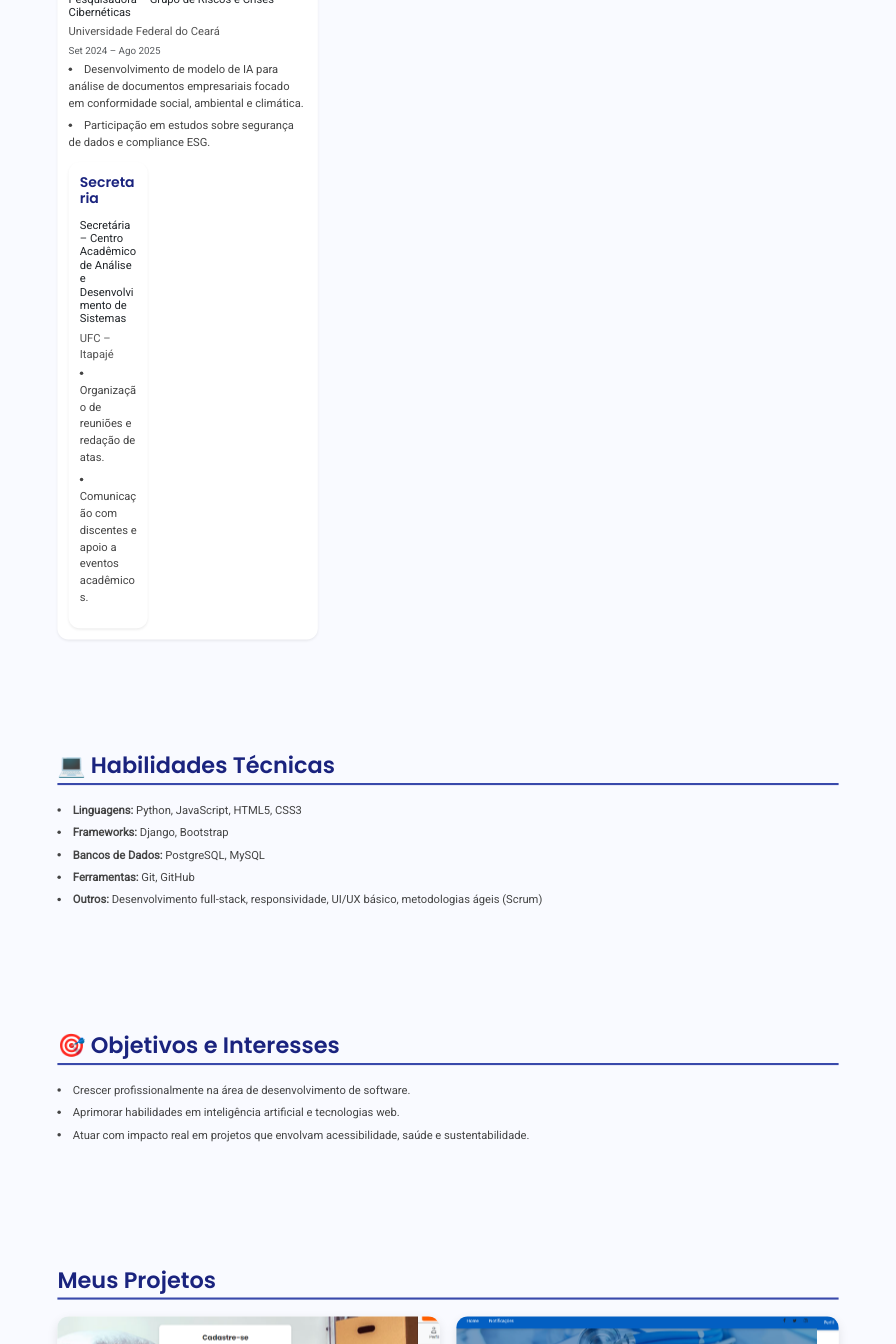
Repository: Suziane90/Portifolio
Page: index2.html
These files come from the project's save history. The page is drawn as it stood at one moment and after a run of saves; the edit follows.
The browser window is 1280 px wide. The pictures show the part of the page from y = 1082 to 3002 px (the page is 3854 px tall before and 3949 px after), at 70% of full size.

Above is the page before, as saved 2025-07-24 11:08:52.

### index2.html
<!DOCTYPE html>
<html lang="pt-br">

<head>
  <meta charset="UTF-8" />
  <meta name="viewport" content="width=device-width, initial-scale=1" />
  <title>Portfólio | Anne Wan</title>

  <!-- Bootstrap CSS -->
  <link href="https://cdn.jsdelivr.net/npm/bootstrap@5.3.0/dist/css/bootstrap.min.css" rel="stylesheet" />

  <!-- Google Fonts: Poppins e Roboto -->
  <link href="https://fonts.googleapis.com/css2?family=Poppins:wght@300;600&family=Roboto&display=swap" rel="stylesheet" />

  <style>
    /* Reset e fontes */
    body {
      font-family: 'Roboto', sans-serif;
      background: #f9faff;
      scroll-behavior: smooth;
      color: #333;
    }

    h1,
    h2,
    h3,
    h4,
    h5 {
      font-family: 'Poppins', sans-serif;
    }

    /* Navbar personalizada */
    .navbar-custom {
      background: #1a237e; /* azul escuro */
      box-shadow: 0 4px 12px rgb(26 35 126 / 0.3);
    }

    .navbar-custom .navbar-brand,
    .navbar-custom .nav-link {
      color: #ffffff;
      font-weight: 600;
    }

    .navbar-custom .nav-link:hover {
      color: #ffca28; /* amarelo suave */
    }

    /* Header */
    header {
      background: linear-gradient(135deg, #3949ab, #1a237e);
      color: #fff;
      padding: 6rem 1rem 4rem;
      text-align: center;
      box-shadow: 0 8px 25px rgb(26 35 126 / 0.4);
    }

    header h1 {
      font-size: 3.5rem;
      font-weight: 700;
      margin-bottom: 0.3rem;
    }

    header p {
      font-size: 1.25rem;
      font-weight: 400;
      letter-spacing: 1px;
      opacity: 0.85;
    }

    /* Seções */
    section {
      padding: 3rem 0 4rem;
    }

    section h2 {
      font-weight: 700;
      margin-bottom: 1.5rem;
      border-bottom: 3px solid #3949ab;
      padding-bottom: 0.4rem;
      color: #1a237e;
    }

    /* Cards dos projetos */
    .card {
      border-radius: 1rem;
      box-shadow: 0 6px 15px rgb(0 0 0 / 0.1);
      transition: transform 0.3s ease, box-shadow 0.3s ease;
      overflow: hidden;
    }

    .card:hover {
      transform: translateY(-10px);
      box-shadow: 0 15px 30px rgb(0 0 0 / 0.15);
    }

    .card-body h5 {
      font-weight: 700;
      color: #1a237e;
    }

    .card-body p {
      color: #555;
      line-height: 1.4;
    }

    .btn-primary {
      background-color: #3949ab;
      border: none;
      font-weight: 600;
      padding: 0.5rem 1.6rem;
      border-radius: 50px;
      transition: background-color 0.3s ease;
    }

    .btn-primary:hover {
      background-color: #1a237e;
    }

    /* Carousel */
    .carousel-inner img {
      border-bottom-left-radius: 1rem;
      border-bottom-right-radius: 1rem;
      height: 250px;
      object-fit: cover;
      user-select: none;
    }

    /* Listas e textos */
    ul {
      list-style: disc inside;
      padding-left: 0;
      color: #444;
    }

    ul li {
      margin-bottom: 0.5rem;
      font-size: 1rem;
    }

    /* Footer */
    footer {
      background-color: #1a237e;
      color: #eee;
      padding: 1rem 0;
      text-align: center;
      font-size: 0.9rem;
      letter-spacing: 1px;
    }

    /* Espaçamento entre seções no mobile */
    @media (max-width: 767px) {
      header h1 {
        font-size: 2.5rem;
      }

      header p {
        font-size: 1rem;
      }

      .carousel-inner img {
        height: 200px;
      }
    }
  </style>
</head>

<body>

  <!-- Navbar -->
  <nav class="navbar navbar-expand-md navbar-custom fixed-top shadow-sm">
    <div class="container">
      <a class="navbar-brand" href="#">Anne Wan</a>
      <button class="navbar-toggler" type="button" data-bs-toggle="collapse" data-bs-target="#navMenu" aria-controls="navMenu"
        aria-expanded="false" aria-label="Alternar navegação">
        <span class="navbar-toggler-icon" style="filter: invert(1);"></span>
      </button>
      <div class="collapse navbar-collapse" id="navMenu">
        <ul class="navbar-nav ms-auto gap-3">
          <li class="nav-item"><a class="nav-link" href="#sobre">Sobre</a></li>
          <li class="nav-item"><a class="nav-link" href="#experiencia">Experiência</a></li>
          <li class="nav-item"><a class="nav-link" href="#habilidades">Habilidades</a></li>
          <li class="nav-item"><a class="nav-link" href="#objetivos">Objetivos</a></li>
          <li class="nav-item"><a class="nav-link" href="#projetos">Projetos</a></li>
          <li class="nav-item"><a class="nav-link" href="#contato">Contato</a></li>
        </ul>
      </div>
    </div>
  </nav>

  <!-- Header -->
  <header>
    <div class="container">
      <h1>Anne Wan</h1>
      <p>Desenvolvedora Web | Estudante de ADS</p>
    </div>
  </header>

  <main class="container my-5">

    <!-- Sobre Mim -->
    <section id="sobre" class="mb-5">
      <h2>Sobre Mim</h2>
      <p>
        Sou estudante de Análise e Desenvolvimento de Sistemas, dedicada e sempre em busca de aprimoramento contínuo. Tenho uma forte base em desenvolvimento web full-stack, e gosto de encarar desafios com seriedade e criatividade.
      </p>
    </section>

    <!-- Experiência & Formação -->
    <section id="experiencia" class="mb-5">
      <h2>Experiência & Formação</h2>

      <div class="mb-4">
        <h5><strong>Suziane Brandão Andrade</strong></h5>
        <p>📍 Itapajé – CE | 📧 <a href="mailto:suzianebrandao980@gmail.com" class="link-primary">suzianebrandao980@gmail.com</a> | 📞 (85) 99422-3336</p>
      </div>

      <div class="col-md-4">
      <div class="card shadow-sm h-100 border-0">
        <div class="card-body">
          <h5 class="card-title fw-bold">🎓 Formação Acadêmica</h5>
          <p class="card-text mb-0"><strong>Tecnologia em Análise e Desenvolvimento de Sistemas</strong></p>
          <p class="card-text mb-0">Universidade Federal do Ceará – Campus Itapajé</p>
          <p class="card-text"><small class="text-muted">Período: Em andamento</small></p>
        </div>
      </div>
    </div>

          <!-- Experiência -->
    <div class="col-md-4">
      <div class="card shadow-sm h-100 border-0">
        <div class="card-body">
          <h5 class="card-title fw-bold">🧪 Experiência em Projetos e Pesquisa</h5>

          <h6 class="mt-2">Pesquisadora – Grupo de Riscos e Crises Cibernéticas</h6>
          <p class="mb-1">Universidade Federal do Ceará</p>
          <p class="mb-1"><small class="text-muted">Set 2024 – Ago 2025</small></p>
          <ul>
            <li>Desenvolvimento de modelo de IA para análise de documentos empresariais focado em conformidade social, ambiental e climática.</li>
            <li>Participação em estudos sobre segurança de dados e compliance ESG.</li>
          </ul>


           <div class="col-md-4">
      <div class="card shadow-sm h-100 border-0">
        <div class="card-body">
          <h5 class="card-title fw-bold">Secretaria </h5>

           <h6 class="mt-3">Secretária – Centro Acadêmico de Análise e Desenvolvimento de Sistemas</h6>
          <p class="mb-1">UFC – Itapajé</p>
          <ul>
            <li>Organização de reuniões e redação de atas.</li>
            <li>Comunicação com discentes e apoio a eventos acadêmicos.</li>
          </ul>


    </section>

    <!-- Habilidades Técnicas -->
    <section id="habilidades" class="mb-5">
      <h2>💻 Habilidades Técnicas</h2>
      <ul>
        <li><strong>Linguagens:</strong> Python, JavaScript, HTML5, CSS3</li>
        <li><strong>Frameworks:</strong> Django, Bootstrap</li>
        <li><strong>Bancos de Dados:</strong> PostgreSQL, MySQL</li>
        <li><strong>Ferramentas:</strong> Git, GitHub</li>
        <li><strong>Outros:</strong> Desenvolvimento full-stack, responsividade, UI/UX básico, metodologias ágeis (Scrum)</li>
      </ul>
    </section>

    <!-- Objetivos e Interesses -->
    <section id="objetivos" class="mb-5">
      <h2>🎯 Objetivos e Interesses</h2>
      <ul>
        <li>Crescer profissionalmente na área de desenvolvimento de software.</li>
        <li>Aprimorar habilidades em inteligência artificial e tecnologias web.</li>
        <li>Atuar com impacto real em projetos que envolvam acessibilidade, saúde e sustentabilidade.</li>
      </ul>
    </section>

    <!-- Projetos -->
    <section id="projetos" class="mb-5">
      <h2>Meus Projetos</h2>

      <div class="row gy-4">

        <!-- Projeto InovaHabitat -->
        <div class="col-md-6">
          <div class="card h-100 border-0">
            <div id="carouselInova" class="carousel slide rounded-top" data-bs-ride="carousel">
              <div class="carousel-inner">
                <div class="carousel-item active">
                  <img src="assets/Inova3.png" class="d-block w-100" alt="InovaHabitat imagem 1" />
                </div>
                <div class="carousel-item">
                  <img src="assets/inova2.png" class="d-block w-100" alt="InovaHabitat imagem 2" />
                </div>
                <div class="carousel-item">
                  <img src="assets/Inova6.png" class="d-block w-100" alt="InovaHabitat imagem 3" />
                </div>
              </div>
              <button
                class="carousel-control-prev"
                type="button"
                data-bs-target="#carouselInova"
                data-bs-slide="prev"
              >
                <span class="carousel-control-prev-icon" aria-hidden="true"></span>
                <span class="visually-hidden">Anterior</span>
              </button>
              <button
                class="carousel-control-next"
                type="button"
                data-bs-target="#carouselInova"
                data-bs-slide="next"
              >
                <span class="carousel-control-next-icon" aria-hidden="true"></span>
                <span class="visually-hidden">Próximo</span>
              </button>
            </div>
            <div class="card-body">
              <h5 class="card-title">📦 Projeto InovaHabitat</h5>
              <p class="card-text">
                Plataforma de anúncios para universitários. Funcionalidades de login, cadastro, CRUD de produtos e mais.
              </p>
              <a href="https://github.com/seuusuario/inova-habitat" target="_blank" class="btn btn-primary"
                >Ver no GitHub</a
              >
            </div>
          </div>
        </div>

        <!-- Projeto AgendMed -->
        <div class="col-md-6">
          <div class="card h-100 border-0">
            <div id="carouselAgendMed" class="carousel slide rounded-top" data-bs-ride="carousel">
              <div class="carousel-inner">
                <div class="carousel-item active">
                  <img src="assets/Agend2.png" class="d-block w-100" alt="AgendMed imagem 1" />
                </div>
                <div class="carousel-item">
                  <img src="assets/Agend3.png" class="d-block w-100" alt="AgendMed imagem 2" />
                </div>
                <div class="carousel-item">
                  <img src="assets/Agend4.png" class="d-block w-100" alt="AgendMed imagem 3" />
                </div>
              </div>
              <button
                class="carousel-control-prev"
                type="button"
                data-bs-target="#carouselAgendMed"
                data-bs-slide="prev"
              >
                <span class="carousel-control-prev-icon" aria-hidden="true"></span>
                <span class="visually-hidden">Anterior</span>
              </button>
              <button
                class="carousel-control-next"
                type="button"
                data-bs-target="#carouselAgendMed"
                data-bs-slide="next"
              >
                <span class="carousel-control-next-icon" aria-hidden="true"></span>
                <span class="visually-hidden">Próximo</span>
              </button>
            </div>
            <div class="card-body">
              <h5 class="card-title">📅 AgendMed</h5>
              <p class="card-text">
                Sistema para agendamento médico online, com controle de pacientes, consultas e notificações.
              </p>
              <a href="https://github.com/seuusuario/agendmed" target="_blank" class="btn btn-primary"
                >Ver no GitHub</a
              >
            </div>
          </div>
        </div>

      </div>
    </section>

    <!-- Contato -->
    <section id="contato" class="mb-5">
      <h2>Contato</h2>
      <p>Email: <a href="mailto:annewan@email.com" class="link-primary">annewan@email.com</a></p>
      <p>
        <a href="https://github.com/seuusuario" target="_blank" class="me-3 link-primary">GitHub</a>
        <a href="https://linkedin.com/in/seulinkedin" target="_blank" class="link-primary">LinkedIn</a>
      </p>
    </section>

  </main>

  <footer>
    <small>© 2025 Anne Wan</small>
  </footer>

  <!-- Bootstrap JS Bundle -->
  <script src="https://cdn.jsdelivr.net/npm/bootstrap@5.3.0/dist/js/bootstrap.bundle.min.js"></script>

</body>

</html>

After the next 2 saves:
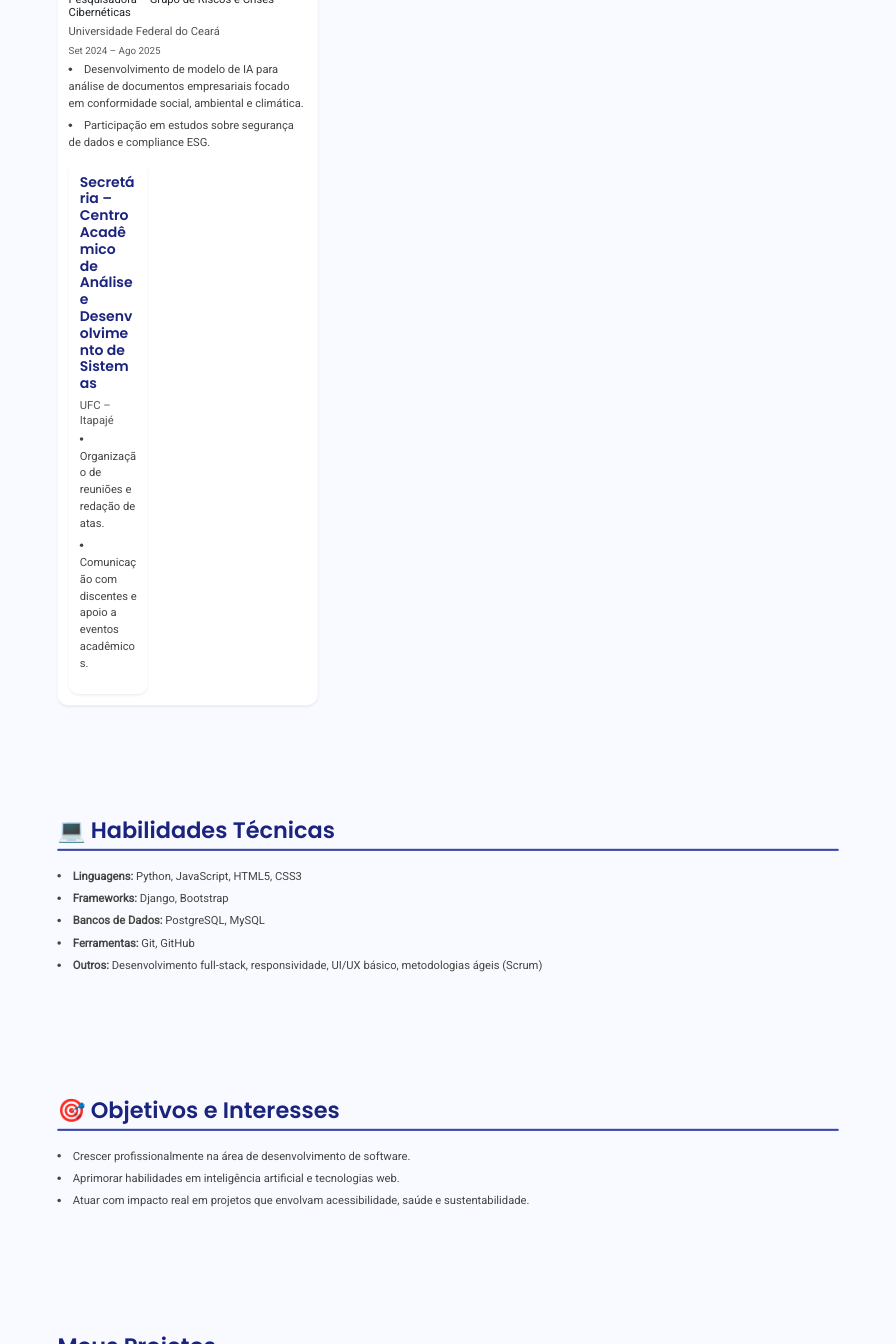
The 2 saves are shown as one change because they came seconds apart.
The last was saved 28 s later.
--- a/index2.html
+++ b/index2.html
@@ -243,9 +243,7 @@
            <div class="col-md-4">
       <div class="card shadow-sm h-100 border-0">
         <div class="card-body">
-          <h5 class="card-title fw-bold">Secretaria </h5>
-
-           <h6 class="mt-3">Secretária – Centro Acadêmico de Análise e Desenvolvimento de Sistemas</h6>
+          <h5 class="card-title fw-bold">Secretária – Centro Acadêmico de Análise e Desenvolvimento de Sistemas</h5>
           <p class="mb-1">UFC – Itapajé</p>
           <ul>
             <li>Organização de reuniões e redação de atas.</li>
